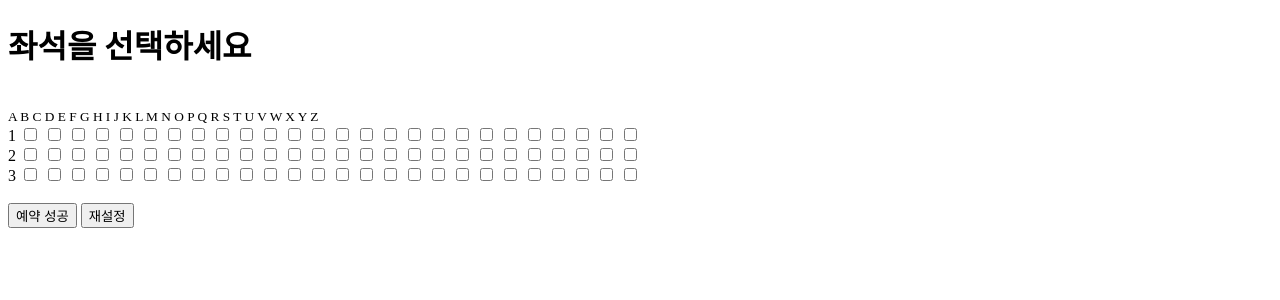
Repository: xxihyun0830/JSP
Page: http://localhost/Day3_getpost/concert_seat.jsp
These files come from the project's save history. The page is drawn as it stood at one moment and after a run of saves; the edit follows.
The browser window is 1280 px wide. The pictures show the whole page.
The page is served by Tomcat 9. Other server files are loaded and not shown.

Above is the page before, as saved 2019-07-11 09:23:42.

### Day3_getpost/WebContent/concert_seat.jsp
<%@ page language="java" contentType="text/html; charset=utf-8"
    pageEncoding="utf-8" import = "java.util.*" %>
<!DOCTYPE html>
<html>
<head>
<meta charset="utf-8">
<title>concert seat</title>
</head>
<body>
<p align = "center">
<h1> 좌석을 선택하세요</h1>
<br>

<%
for(char c= 'A'; c<='Z';c++){ %>
 <small> <%= c %> </small>

<%
 }%>
<br>
<% for(int r= 1; r<=3; r++){  %>
	    <%= r %>
	<%for(int j = 0; j<26 ;j++){ %>
	   <input type = "checkbox" name = "seat" >

	<%}%>
	 <br>
<%} %>

<br>

<input type = "submit" value = "예약 성공">
<input type = "reset" value = "재설정">

</p>
</body>
</html>

After the next 2 saves:
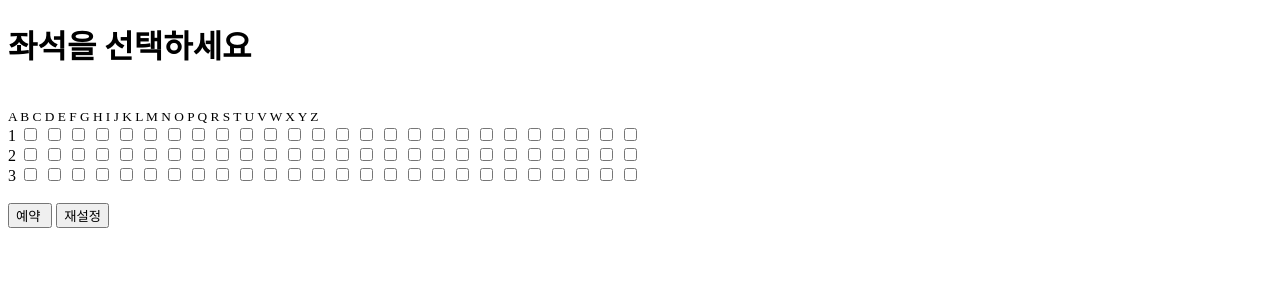
The 2 saves are shown as one change because they came seconds apart.
The last was saved 47 s later.
--- a/Day3_getpost/WebContent/concert_seat.jsp
+++ b/Day3_getpost/WebContent/concert_seat.jsp
@@ -29,7 +29,7 @@ for(char c= 'A'; c<='Z';c++){ %>
 
 <br>
 
-<input type = "submit" value = "예약 성공">
+<input type = "submit" value = "예약 ">
 <input type = "reset" value = "재설정">
 
 </p>
